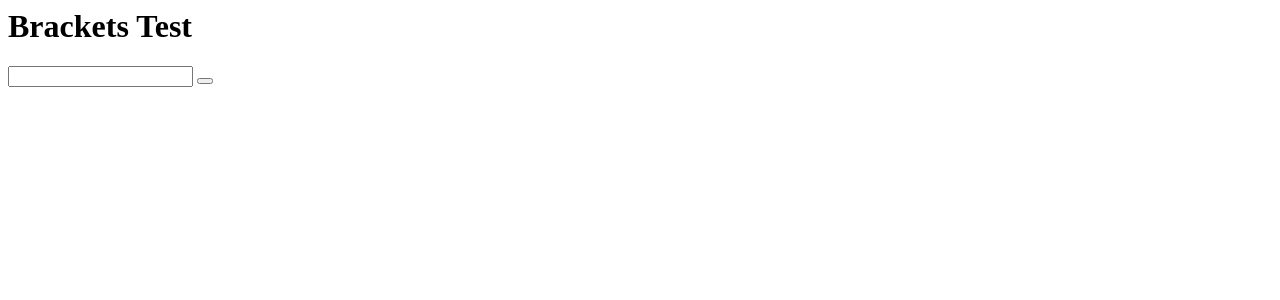
Repository: PGVlasov/braces
Page: index.html
An editor plug-in stored every save of this project. The page is shown before and after the next save, followed by the edit.
The browser window is 1280 px wide. The pictures show the whole page.

Above is the page before, as saved 2021-04-06 11:36:08.

### index.html
<body>
  <h1>Brackets Test</h1>
  <form>
    <input class="test" />
    <button class="button-order"></button>
  </form>
</body>

After the next save:
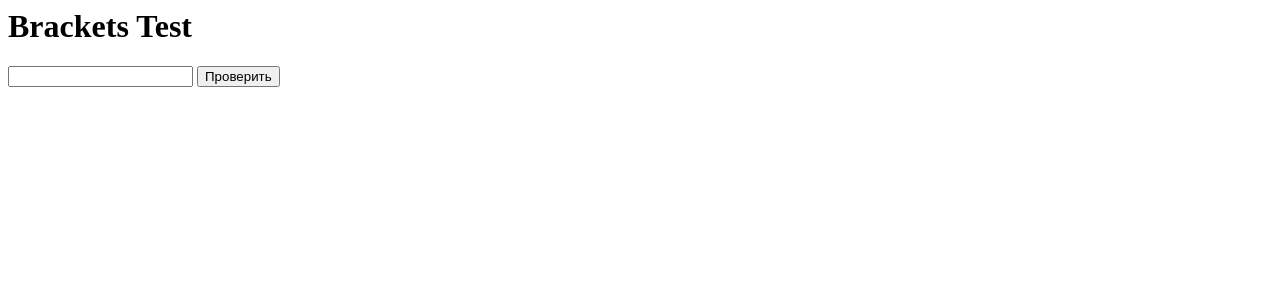
Saved 71 s later.
--- a/index.html
+++ b/index.html
@@ -2,6 +2,6 @@
   <h1>Brackets Test</h1>
   <form>
     <input class="test" />
-    <button class="button-order"></button>
+    <button class="button-order">Проверить</button>
   </form>
 </body>
